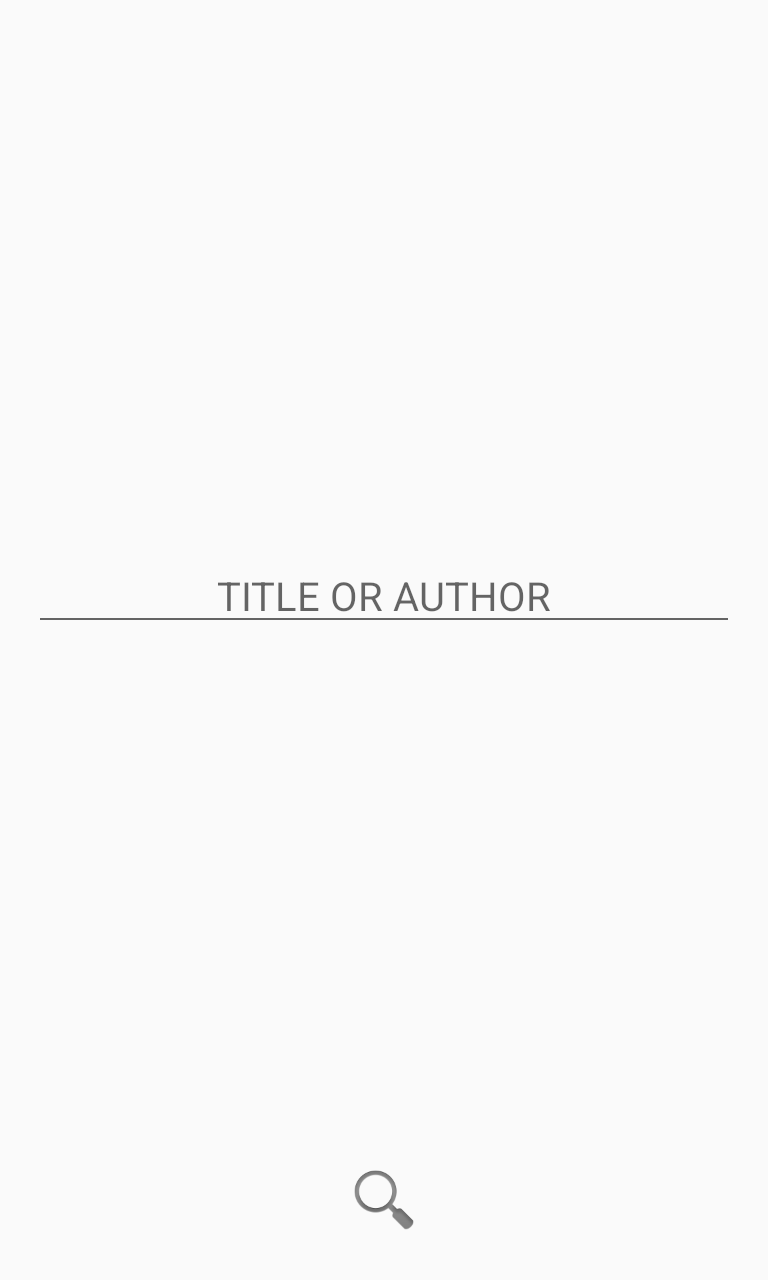
Repository: fredenholm/DoelibsB2
Layout: DOELibs/res/layout/fragment_browse.xml
These files come from the project's save history. The layout is drawn as it stood at one moment and after the next save; the edit follows.
It is drawn on a 768 x 1280 px phone screen (xhdpi) without system bars, with theme AppTheme; the app's code is not run.

Above is the layout before, as saved 2014-11-16 13:42:57.

### DOELibs/res/layout/fragment_browse.xml
<LinearLayout xmlns:android="http://schemas.android.com/apk/res/android"
    xmlns:tools="http://schemas.android.com/tools"
    android:id="@+id/LinearLayout1"
    android:layout_width="match_parent"
    android:layout_height="match_parent"
    android:layout_gravity="center"
    android:orientation="vertical"
    android:paddingBottom="@dimen/activity_vertical_margin"
    android:paddingLeft="@dimen/activity_horizontal_margin"
    android:paddingRight="@dimen/activity_horizontal_margin"
    android:paddingTop="@dimen/activity_vertical_margin"
    tools:context="com.example.doelibs.SearchActivity" >

    <LinearLayout
        android:layout_width="match_parent"
    	android:layout_height="0dp"
    	android:layout_weight="1"
    	android:orientation="vertical"
    	android:gravity="center"
    	android:clickable="true">
	    <EditText
	        android:id="@+id/edit"
	        android:layout_width="match_parent"
	        android:layout_height="wrap_content"
	        android:gravity="center"
	        android:maxLines="1"
	        android:hint="TITLE OR AUTHOR"
	        android:textSize="20sp"
	        />
    </LinearLayout>

    <ImageView
        android:id="@+id/browse_searchImageView"
        android:layout_width="match_parent"
        android:layout_height="wrap_content"
        android:src="@drawable/search_icon"
        android:clickable="true"
        />

</LinearLayout>

Loaded but not shown: DOELibs/res/values/styles.xml (common file); DOELibs/res/values-v11/styles.xml (common file); DOELibs/res/values-v14/styles.xml (common file); DOELibs/res/values/dimens.xml (common file); DOELibs/res/values-w820dp/dimens.xml (common file)

After the next save:
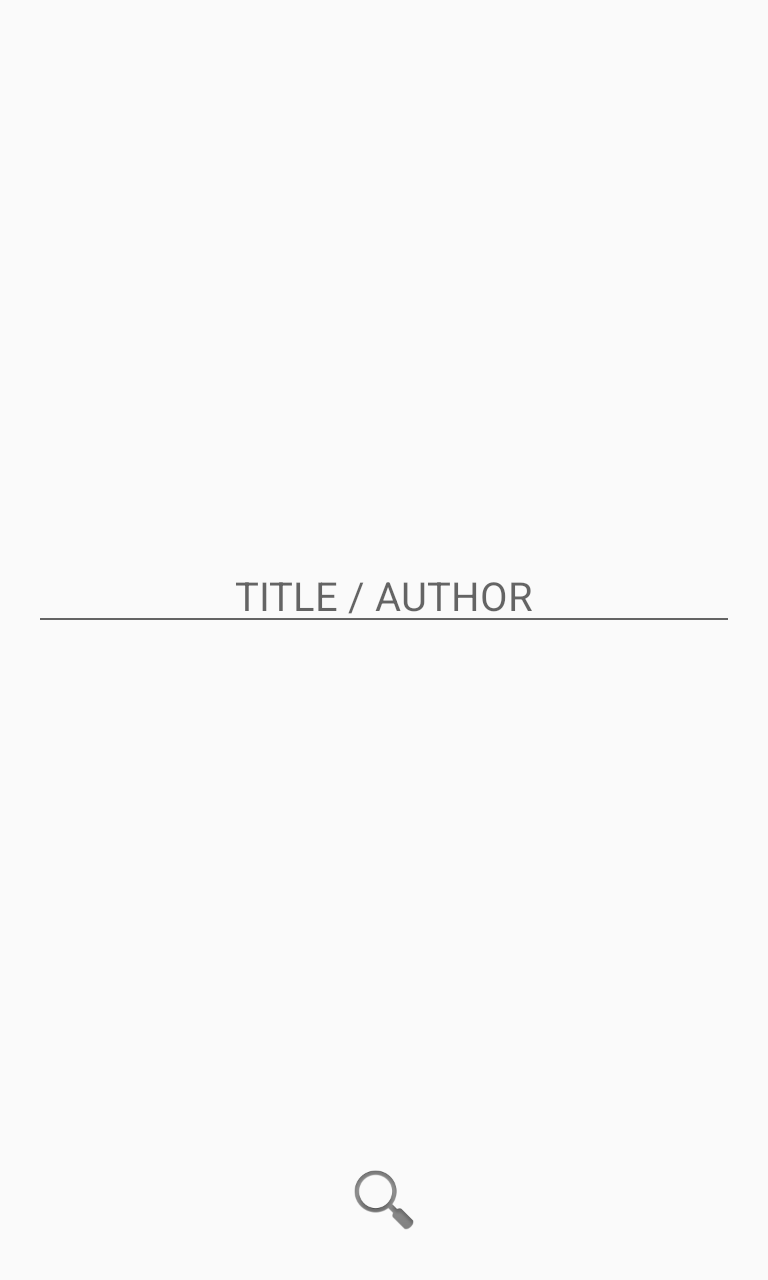
Saved 7 s later.
--- a/DOELibs/res/layout/fragment_browse.xml
+++ b/DOELibs/res/layout/fragment_browse.xml
@@ -24,7 +24,7 @@
 	        android:layout_height="wrap_content"
 	        android:gravity="center"
 	        android:maxLines="1"
-	        android:hint="TITLE OR AUTHOR"
+	        android:hint="TITLE / AUTHOR"
 	        android:textSize="20sp"
 	        />
     </LinearLayout>
